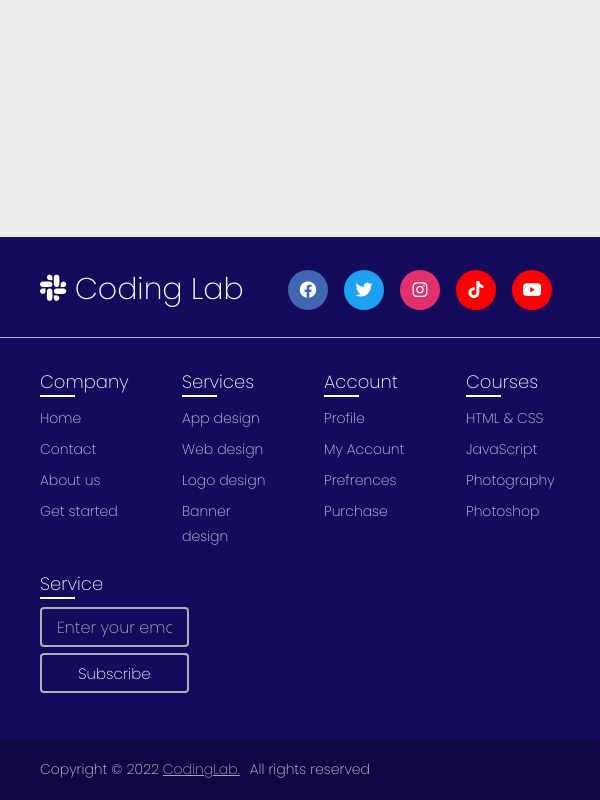
Repository: huynhvanngoan/TaskTeam5
Page: ResponsiveWebsiteFooterDesign/index.html
An editor plug-in stored every save of this project. The page is shown before and after the next save, followed by the edit.
The browser window is 600 px wide. The pictures show the whole page.

Above is the page before, as saved 2022-10-10 13:17:59.

### ResponsiveWebsiteFooterDesign/index.html
<!DOCTYPE html>
<html lang="en">
<head>
    <meta charset="UTF-8">
    <meta http-equiv="X-UA-Compatible" content="IE=edge">
    <meta name="viewport" content="width=device-width, initial-scale=1.0">
    <title>Responsive Website Footer Design</title>
    <link rel="stylesheet" href="https://cdnjs.cloudflare.com/ajax/libs/font-awesome/6.2.0/css/all.min.css">
    <link rel="stylesheet" href="style.css">
</head>
<body>
    <footer>
        <div class="content">
            <div class="top">
                <div class="logo-details">
                    <i class="fab fa-slack"></i>
                    <span class="logo_name">Coding Lab</span>
                </div>
                <div class="media-icons">
                    <a href="#"><i class ="fab fa-facebook"></i></a>
                    <a href="#"><i class="fab fa-twitter"></i></a>
                    <a href="#"><i class="fab fa-instagram"></i></a>
                    <a href="#"><i class="fab fa-tiktok"></i></a>
                    <a href="#"><i class="fab fa-youtube"></i></a>
                </div>
            </div>
            <div class="link-boxes">
                <ul class="box">
                    <li class="link_name">Company</li>
                    <li><a href="#">Home</a></li>
                    <li><a href="#">Contact</a></li>
                    <li><a href="#">About us</a></li>
                    <li><a href="#">Get started</a></li>
                </ul>
                <ul class="box">
                    <li class="link_name">Services</li>
                    <li><a href="#">App design</a></li>
                    <li><a href="#">Web design</a></li>
                    <li><a href="#">Logo design</a></li>
                    <li><a href="#">Banner design </a></li>
                </ul>
                <ul class="box">
                    <li class="link_name">Account</li>
                    <li><a href="#">Profile</a></li>
                    <li><a href="#">My Account</a></li>
                    <li><a href="#">Prefrences</a></li>
                    <li><a href="#">Purchase</a></li>
                </ul>
                <ul class="box">
                    <li class="link_name">Courses</li>
                    <li><a href="#">HTML & CSS</a></li>
                    <li><a href="#">JavaScript</a></li>
                    <li><a href="#">Photography</a></li>
                    <li><a href="#">Photoshop</a></li>
                </ul>
                <ul class="box input-box">
                    <li class="link_name">Service</li>
                    <li><input type="text" placeholder="Enter your email"></li>
                    <li><input type="button" value="Subscribe"></li>
                </ul>
            </div>
        </div>
        <div class="bottom-details">
            <div class="bottom_text">
                <span class="copyright_text">Copyright &#169; 2022 <a href="#">CodingLab.</a>All rights reserved</span>
                <span class="policy_terms"><a href="#">Privacy policy</a>
                <a href="#">Terms & condition</a></span>
            </div>
        </div>
    </footer>
</body>
</html>

### ResponsiveWebsiteFooterDesign/style.css
/* Google font cdn link */
@import url('https://fonts.googleapis.com/css2?family=Poppins:ital,wght@0,200;0,600;1,500;1,900&display=swap');

* {
    margin: 0;
    padding: 0;
    box-sizing: border-box;
    font-family: 'Poppins', sans-serif;
}

body {
    min-height: 100vh;
    width: 100%;
    background: #EEECEB;
}

footer {
    position: fixed;
    background: #140B5C;
    width: 100%;
    bottom: 0;
    left: 0;
}
footer::before{
    content: '';
    position: absolute;
    left: 0;
    top: 100px;
    height: 1px;
    width: 100%;
    background: #AFAFB6;
}
footer .content {
    max-width: 1250px;
    margin: auto;
    padding: 30px 40px 40px 40px;
}
footer .content .top{
    display: flex;
    align-items: center;
    justify-content: space-between;
    margin-bottom: 50px;
}
.content .top .logo-details {
    color: #fff;
    font-size: 30px;
}
.content .top .media-icons {
    display: flex;
}
.content .top .media-icons a {
    height: 40px;
    width: 40px;
    background: red;
    margin: 0px 8px;
    border-radius: 50%;
    text-align: center;
    line-height: 40px;
    color: #fff;
    font-size: 17px;
    text-decoration: none;
}
.content .top .media-icons a:nth-child(1){
    background: #4267B2;
}
.content .top .media-icons a:nth-child(1):hover{
    color: #4267B2;
    background: #fff;
}
.content .top .media-icons a:nth-child(2){
    background: #1DA1F2;
}
.content .top .media-icons a:nth-child(2):hover{
    color: #1DA1F2;
    background: #fff;
}
.content .top .media-icons a:nth-child(3){
    background: #E1306C;
}
.content .top .media-icons a:nth-child(3):hover{
    color: #E1306C;
    background: #fff;
}
.content .top .media-icons a:nth-child(4){
    background: #000;
}
.content .top .media-icons a:nth-child(3):hover{
    color: #000;
    background: #fff;
}
.content .top .media-icons a:nth-child(4){
    background: #FF0000;
}
.content .top .media-icons a:nth-child(4):hover{
    color: #FF0000;
    background: #fff;
}
footer .content .link-boxes{
    width: 100%;
    display: flex;
    justify-content: space-between;
}
footer .content .link-boxes .box{
    width: calc(100% / 5 - 10px);
}
.content .link-boxes .box .link_name{
    color: #fff;
    font-size: 18px;
    font-weight: 400;
    margin-bottom: 10px;
    position: relative;
}
.link-boxes .box .link_name::before{
    content: '';
    position: absolute;
    left: 0;
    bottom: -2px;
    height: 2px;
    width: 35px;
    background: #fff;
}
.content .link-boxes .box li{
    margin: 6px 0;
    list-style: none;
}
.content .link-boxes .box li a{
    color: #fff;
    font-size: 14px;
    font-weight: 400;
    text-decoration: none;
    opacity: 0.8;
    transition: all 0.4s ease;
}
.content .link-boxes .box li a:hover{
    opacity: 1;
    text-decoration: underline;
}
.content .link-boxes .input-box {
    margin-right: 55px;
}
.link-boxes .input-box input{
    height: 40px;
    width: calc(100% + 55px);
    outline: none;
    border: 2px solid #AFAFB6;
    background: #140B5C;
    border-radius: 4px;
    padding: 0 15px;
    font-size: 15px;
    color: #fff;
}
.link-boxes .input-box input::placeholder{
    color: #AFAFB6;
    font-size: 16px;
}
.link-boxes .input-box input[type="botton"]{
    background: #fff;
    color: #140B5C;
    border: none;
    font-size: 18px;
    font-weight: 500;
    margin: 4px 0;
    opacity: 0.8;
    cursor: pointer;
    transition: all 0.4s ease;
}
.link-boxes .input-box input[type="botton"]:hover{
    opacity: 1;
}
footer .bottom-details{
    width: 100%;
    background: #0F0844;
}
footer .bottom-details .bottom_text{
    min-width: 1250px;
    margin-left: auto;
    margin: auto;
    padding: 20px 40px;
    display: flex;
    justify-content: space-between;
}
.bottom-details .bottom_text span,
.bottom-details .bottom_text a{
    font-size: 14px;
    font-weight: 300;
    color: #fff;
    opacity: 0.8;
}
.bottom-details .bottom_text a:hover{
    opacity: 1;
    text-decoration: underline;
}
.bottom-details .bottom_text a{
    margin-right: 10px;
}
@media (max-width: 900px)  {
    footer .content .link-boxes{
        flex-wrap: wrap;
    }
    .content .link-boxes .input-box{
        width: 40%;
        margin-top: 10px;
    }
}
@media (max-width: 700px){
    .content .top .logo-details{
        fz
    }
}

After the next save:
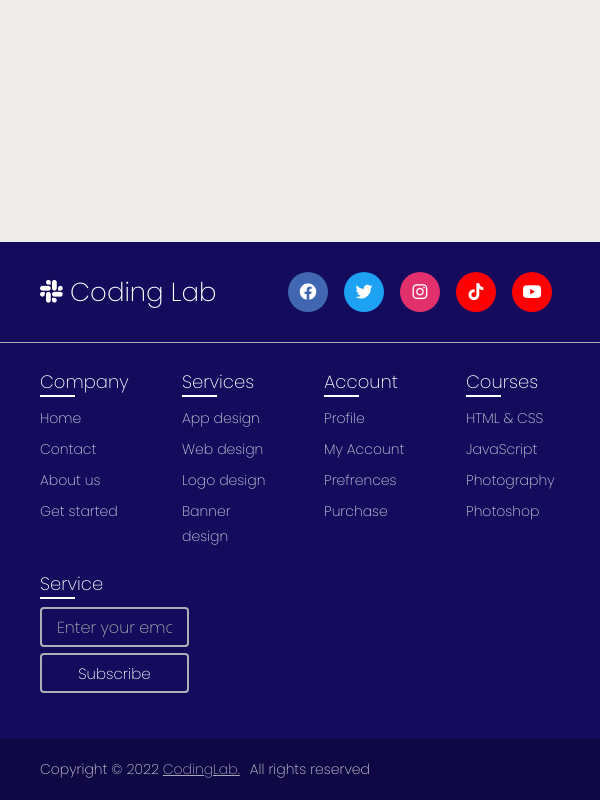
Saved 5 s later.
--- a/ResponsiveWebsiteFooterDesign/style.css
+++ b/ResponsiveWebsiteFooterDesign/style.css
@@ -204,6 +204,6 @@ footer .bottom-details .bottom_text{
 }
 @media (max-width: 700px){
     .content .top .logo-details{
-        fz
+        font-size: 26px;
     }
 }
